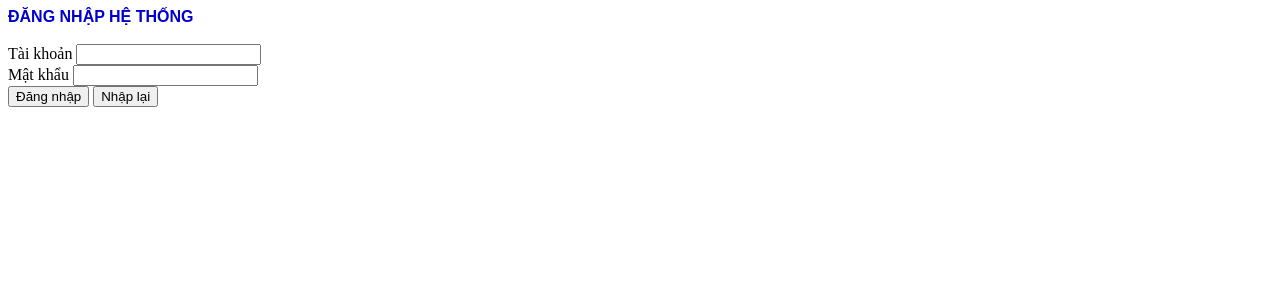
Repository: AnhDuc0125/HTML-Aptech
Page: bt2092/index.html
These files come from the project's save history. The page is drawn as it stood at one moment and after the next save; the edit follows.
The browser window is 1280 px wide. The pictures show the whole page.

Above is the page before, as saved 2021-12-03 20:07:21.

After the next save:
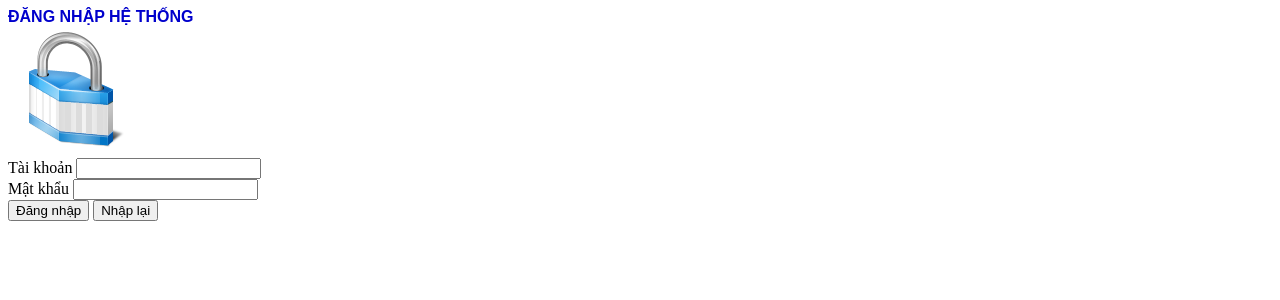
Saved 61 s later.
--- a/bt2092/index.html
+++ b/bt2092/index.html
@@ -10,7 +10,7 @@
 <body>
     <div class="container">
         <div class="text">Đăng nhập hệ thống</div>
-        <img src="" alt="">
+        <img src="./photos/login.png" alt="">
         <div class="login">
             <div class="form-control">
                 <label for="">Tài khoản</label>
